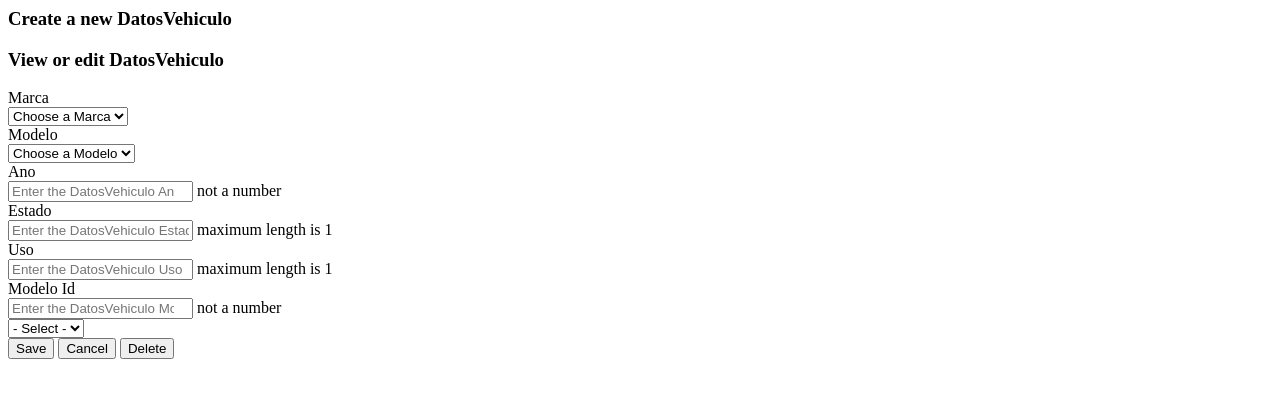
Repository: PabloRPalma/SistemaVentaSeguros
Page: Cotizador/src/main/webapp/views/DatosVehiculo/detail.html
An editor plug-in stored every save of this project. The page is shown before and after the next save, followed by the edit.
The browser window is 1280 px wide. The pictures show the whole page.

Above is the page before, as saved 2021-02-05 12:21:37.

### Cotizador/src/main/webapp/views/DatosVehiculo/detail.html
<header ng-switch on="$location.path().indexOf('/DatosVehiculos/new') > -1">
    <h3 ng-switch-when="true">Create a new DatosVehiculo</h3>
    <h3 ng-switch-when="false">View or edit DatosVehiculo</h3>
</header>
<form id="DatosVehiculoForm" name="DatosVehiculoForm" class="form-horizontal" role="form">

    <div class="form-group" ng-class="{'has-error': DatosVehiculoForm.marca.$invalid}">
        <label for="marca" class="col-sm-2 control-label">Marca</label>
        <div id="marcaControls" class="col-sm-10">
        <select id="marca" name="marca" class="form-control" ng-model="marcaSelection" ng-options="m.text for m in marcaSelectionList"  >
            <option value="">Choose a Marca</option>
        </select>
        </div>
    </div>

    <div class="form-group" ng-class="{'has-error': DatosVehiculoForm.modelo.$invalid}">
        <label for="modelo" class="col-sm-2 control-label">Modelo</label>
        <div id="modeloControls" class="col-sm-10">
        <select id="modelo" name="modelo" class="form-control" ng-model="modeloSelection" ng-options="m.text for m in modeloSelectionList"  >
            <option value="">Choose a Modelo</option>
        </select>
        </div>
    </div>

    <div class="form-group" ng-class="{'has-error': DatosVehiculoForm.ano.$invalid}">
        <label for="ano" class="col-sm-2 control-label">Ano</label>
        <div id="anoControls" class="col-sm-10">
            <input id="ano" name="ano" type="number" class="form-control" ng-model="datosVehiculo.ano" placeholder="Enter the DatosVehiculo Ano"></input>
            <span class="help-block error" ng-show="DatosVehiculoForm.ano.$error.number">not a number</span>
        </div>
    </div>

    <div class="form-group" ng-class="{'has-error': DatosVehiculoForm.estado.$invalid}">
        <label for="estado" class="col-sm-2 control-label">Estado</label>
        <div id="estadoControls" class="col-sm-10">
            <input id="estado" name="estado" type="text" ng-maxlength="1" class="form-control" ng-model="datosVehiculo.estado" placeholder="Enter the DatosVehiculo Estado"></input>
            <span class="help-block error" ng-show="DatosVehiculoForm.estado.$error.maxlength">maximum length is 1</span>
        </div>
    </div>

    <div class="form-group" ng-class="{'has-error': DatosVehiculoForm.uso.$invalid}">
        <label for="uso" class="col-sm-2 control-label">Uso</label>
        <div id="usoControls" class="col-sm-10">
            <input id="uso" name="uso" type="text" ng-maxlength="1" class="form-control" ng-model="datosVehiculo.uso" placeholder="Enter the DatosVehiculo Uso"></input>
            <span class="help-block error" ng-show="DatosVehiculoForm.uso.$error.maxlength">maximum length is 1</span>
        </div>
    </div>

    <div class="form-group" ng-class="{'has-error': DatosVehiculoForm.modeloId.$invalid}">
        <label for="modeloId" class="col-sm-2 control-label">Modelo Id</label>
        <div id="modeloIdControls" class="col-sm-10">
            <input id="modeloId" name="modeloId" type="number" class="form-control" ng-model="datosVehiculo.modeloId" placeholder="Enter the DatosVehiculo Modelo Id"></input>
            <span class="help-block error" ng-show="DatosVehiculoForm.modeloId.$error.number">not a number</span>
        </div>
    </div>

<div data-ng-controller="FormController">
    <select ng-model="select.value" ng-options="o.Description for o in select.options" lazy-load-options="" data-options="select.options">
        <option value=""> - Select - </option>
    </select>
</div>
    <div class="form-group">
        <div class="col-sm-offset-2 col-sm-10">
            <button id="saveDatosVehiculo" name="saveDatosVehiculo" class="btn btn-primary" ng-disabled="isClean() || DatosVehiculoForm.$invalid" ng-click="save()"><span class="glyphicon glyphicon-ok-sign"></span> Save</button>
            <button id="cancel" name="cancel" class="btn btn-default" ng-click="cancel()"><span class="glyphicon glyphicon-remove-sign"></span> Cancel</button>
            <button id="deleteDatosVehiculo" name="deleteDatosVehiculo" class="btn btn-danger" ng-show="datosVehiculo.valorizacionId" ng-click="remove()"><span class="glyphicon glyphicon-trash"></span> Delete</button>
        </div>
    </div>
</form>

After the next save:
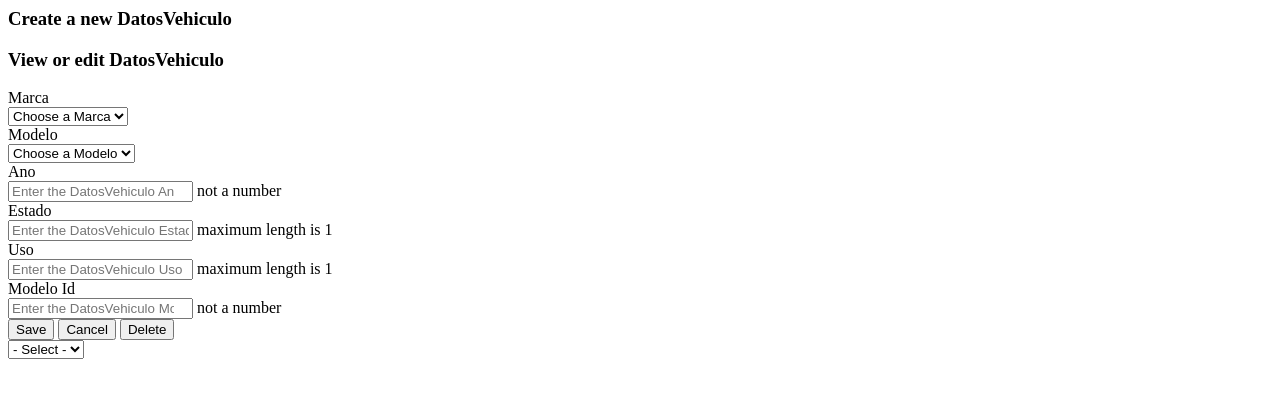
Saved 52 s later.
--- a/Cotizador/src/main/webapp/views/DatosVehiculo/detail.html
+++ b/Cotizador/src/main/webapp/views/DatosVehiculo/detail.html
@@ -52,18 +52,22 @@
             <input id="modeloId" name="modeloId" type="number" class="form-control" ng-model="datosVehiculo.modeloId" placeholder="Enter the DatosVehiculo Modelo Id"></input>
             <span class="help-block error" ng-show="DatosVehiculoForm.modeloId.$error.number">not a number</span>
         </div>
+
+
     </div>
 
-<div data-ng-controller="FormController">
-    <select ng-model="select.value" ng-options="o.Description for o in select.options" lazy-load-options="" data-options="select.options">
-        <option value=""> - Select - </option>
-    </select>
-</div>
+
     <div class="form-group">
         <div class="col-sm-offset-2 col-sm-10">
             <button id="saveDatosVehiculo" name="saveDatosVehiculo" class="btn btn-primary" ng-disabled="isClean() || DatosVehiculoForm.$invalid" ng-click="save()"><span class="glyphicon glyphicon-ok-sign"></span> Save</button>
             <button id="cancel" name="cancel" class="btn btn-default" ng-click="cancel()"><span class="glyphicon glyphicon-remove-sign"></span> Cancel</button>
             <button id="deleteDatosVehiculo" name="deleteDatosVehiculo" class="btn btn-danger" ng-show="datosVehiculo.valorizacionId" ng-click="remove()"><span class="glyphicon glyphicon-trash"></span> Delete</button>
         </div>
+
+        <div data-ng-controller="FormController">
+    <select ng-model="select.value" ng-options="o.Description for o in select.options" lazy-load-options="" data-options="select.options">
+        <option value=""> - Select - </option>
+    </select>
+</div>
     </div>
 </form>
